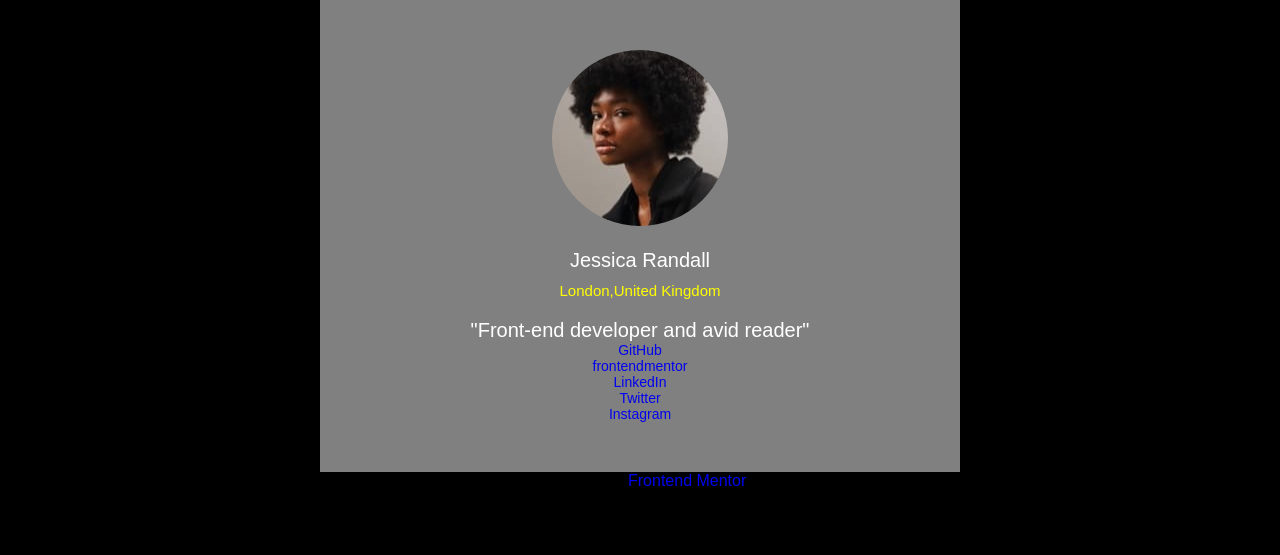
Repository: JosephAbatan05/Social-links-profile
Page: social-links-profile-main/index.html
An editor plug-in stored every save of this project. The page is shown before and after the next save, followed by the edit.
The browser window is 1280 px wide. The pictures show the whole page.

Above is the page before, as saved 2025-01-25 13:08:17.

### social-links-profile-main/index.html
<!DOCTYPE html>
<html lang="en">
<head>
  <meta charset="UTF-8">
  <meta name="viewport" content="width=device-width, initial-scale=1.0"> <!-- displays site properly based on user's device -->

  <link rel="icon" type="image/png" sizes="32x32" href="./assets/images/favicon-32x32.png">

  <title>Frontend Mentor | Social links profile</title>
<link rel="stylesheet" href="styles.css">

  <!-- Feel free to remove these styles or customise in your own stylesheet 👍 --<style>
    .attribution { font-size: 11px; text-align: center; }
    .attribution a { color: hsl(228, 45%, 44%); }
  </style>
</head>
<body>

  Jessica Randall
  London, United Kingdom
  "Front-end developer and avid reader."

  GitHub
  Frontend Mentor
  LinkedIn
  Twitter
  Instagram


-->

<div class="container">
  <img src="assets\images\avatar-jessica.jpeg" >

<div id="name">Jessica Randall</div>
<div class="description">London,United Kingdom</div>
<div class="about">"Front-end developer and avid reader"</div>
<div id="fa-links-container">
    <div><a href="https://github.com" >GitHub</a></div>



    <div><a href="https://frontendmentor.com" >frontendmentor</a></div>




    <div><a href="https://Linkeldn.com" >LinkedIn</a></div>




    <div><a href="https://Twitter.com" >Twitter</a></div>




    <div><a href="https://Instagram.com" >Instagram</a></div>









</div>


</div>
<div class="attribution">
  Challenge by <a href="https://www.frontendmentor.io?ref=challenge" target="_blank">Frontend Mentor</a>.
</div>

</body>
</html>

### social-links-profile-main/styles.css
body{
    margin:0;
    padding:0;
    box-sizing: border-box;
    background-color: black;
    font-family: sans-serif;
}
.container{
    text-align: center;
    margin: 0 auto;
    font-size:14px;
    background-color: grey;
    max-width: 50%;
    padding: 50px 0;
}
img{
    border-radius:50%;


}
.container #name{
    color:white;
    margin-top: 20px;
    font-size:20px;
}

.container .description{
    color:yellow;
    margin-top: 10px;
    font-size: 15px;
}
.container .about{
    margin-top:20px;
    color:white;
    font-size: 20px;
    mar
}

.fa-links-container{
    margin-top:20px;
    padding:10px;
    text-align: center;
    width: 300px;
    padding: 20px;


}

.fa-links-container div a{
    padding:10px;
    border-radius:5px;
    color:white;
    margin:0  auto;
   margin-top: 20px;
   font-weight:bold;
   background-color: hsl(0%, 0%, 20%);
}
a{
    margin-top: 20px;
    text-decoration: none;
}

.attribution{
    text-align:center;
    text-decoration: none;
}

After the next save:
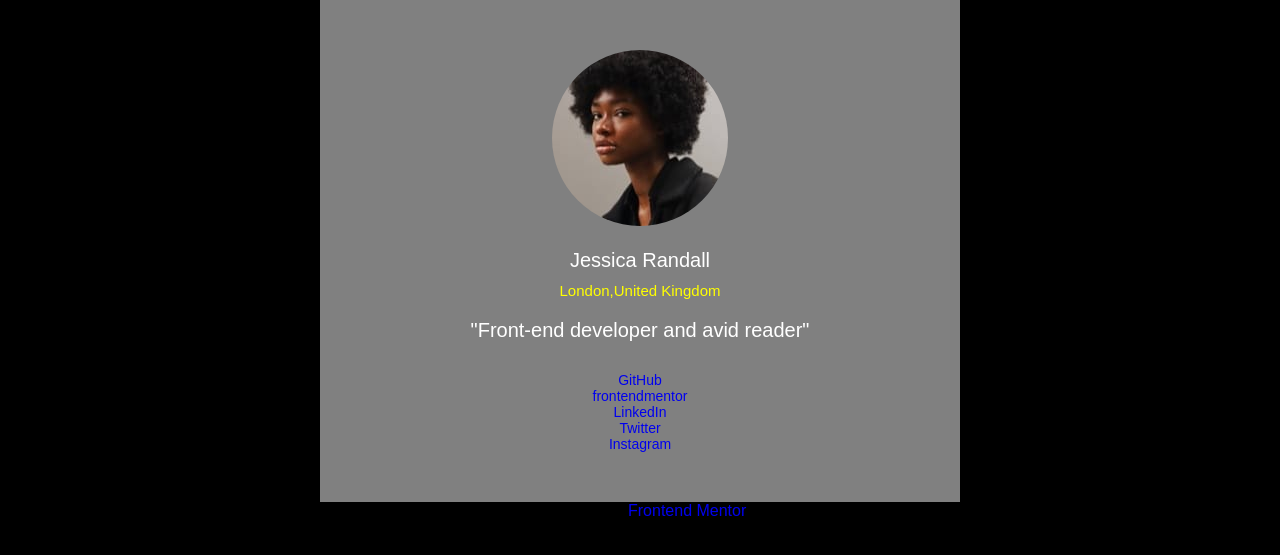
Saved 4 s later.
--- a/social-links-profile-main/styles.css
+++ b/social-links-profile-main/styles.css
@@ -33,7 +33,7 @@ img{
     margin-top:20px;
     color:white;
     font-size: 20px;
-    mar
+    margin-bottom: 30px;
 }
 
 .fa-links-container{
